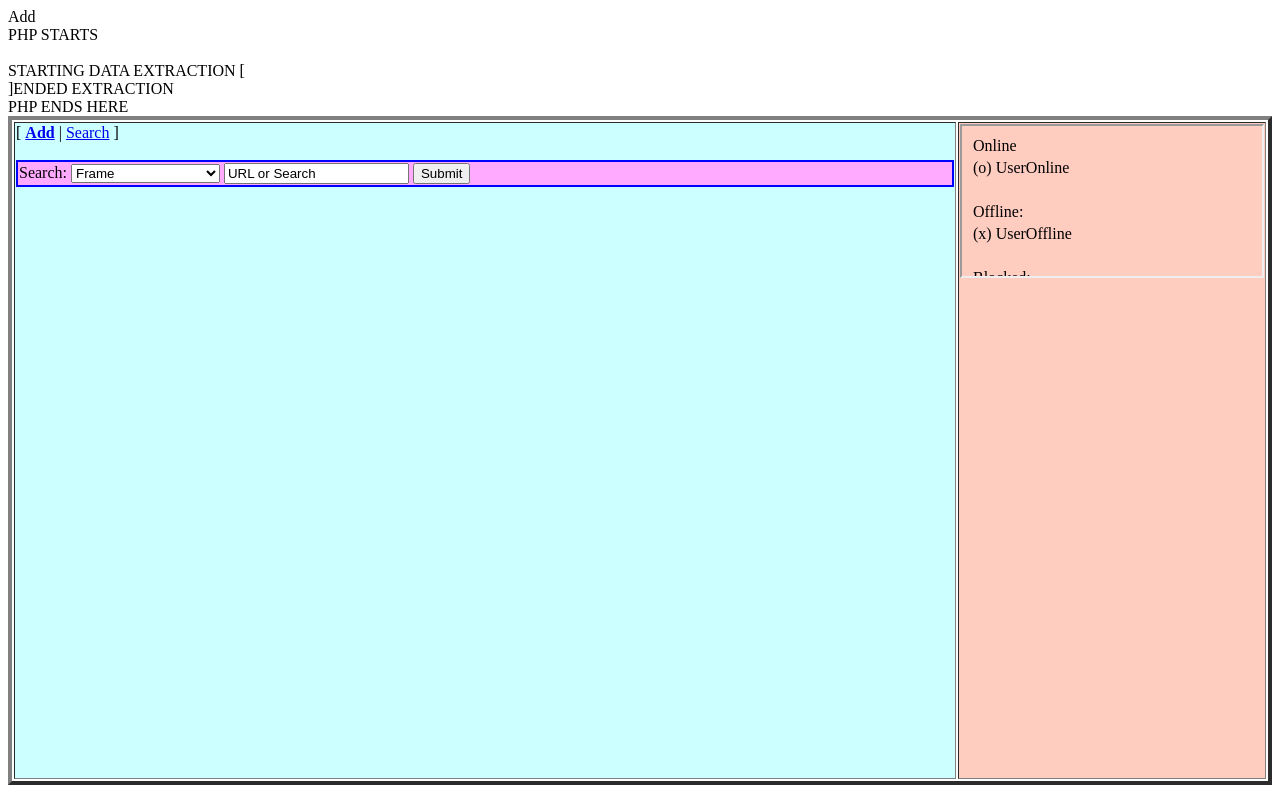
Repository: nevinleiby/SwapRC
Page: http://localhost/add_interface.php
The author's editor kept a copy of each file at every save. The page is drawn from the files as they stood at one save, then again after the next save.
The browser window is 1280 px wide. The pictures show the whole page.
The page is run by PHP 8.4 with error messages shown; the project is at /var/www/html/. Queries for data that is not in the repository find no rows.

Above is the page before, as saved 2019-09-09 01:22:52.

After the next save:
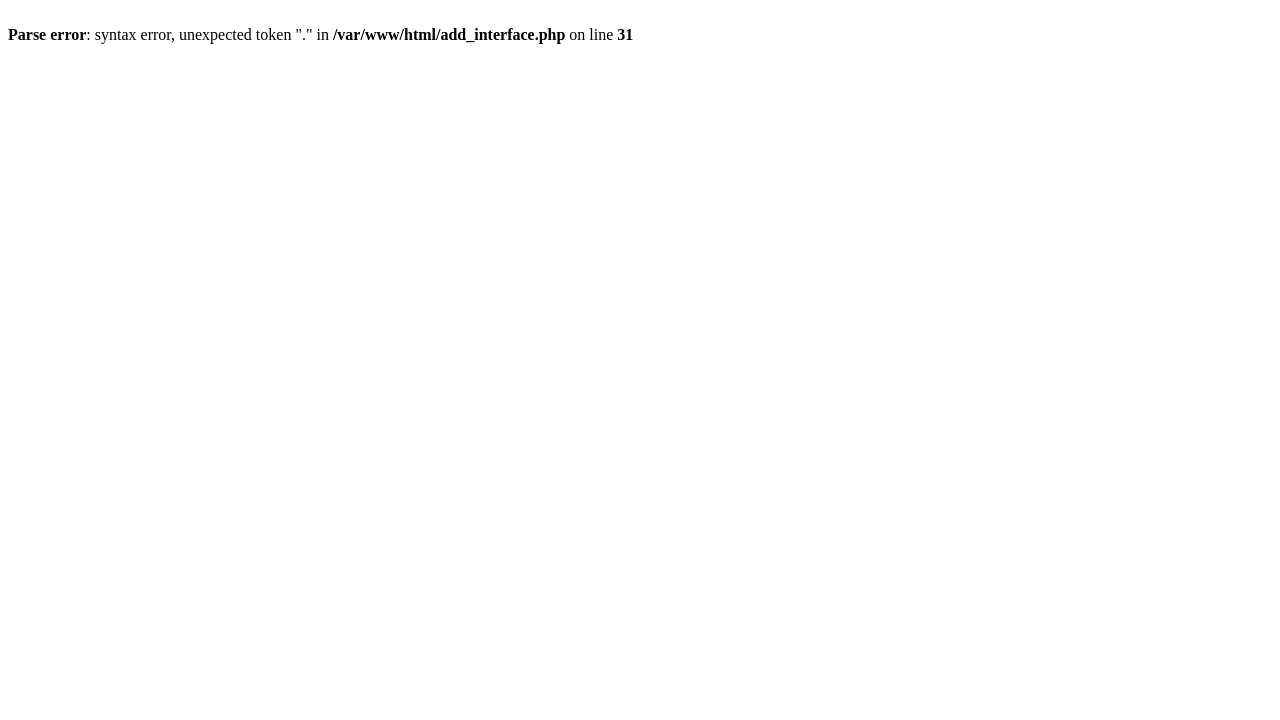
Saved 32 s later.
--- a/add_interface.php
+++ b/add_interface.php
@@ -28,7 +28,7 @@
                 {
                    $result->data_seek($j);
                     //echo .htmlspecialchars ($result->fetch_assoc()['test']) . '<br>';
-                    echo "((" . $result->fetch_assoc()['frequency'] . '))<br>';
+                    echo "((" . .htmlspecialchars($result->fetch_assoc()['frequency']) . '))<br>';
                     $result->data_seek($j);
                     echo "((" . $result->fetch_assoc()['number_of_channels'] . '))<br>';
                 }

After the save that followed:
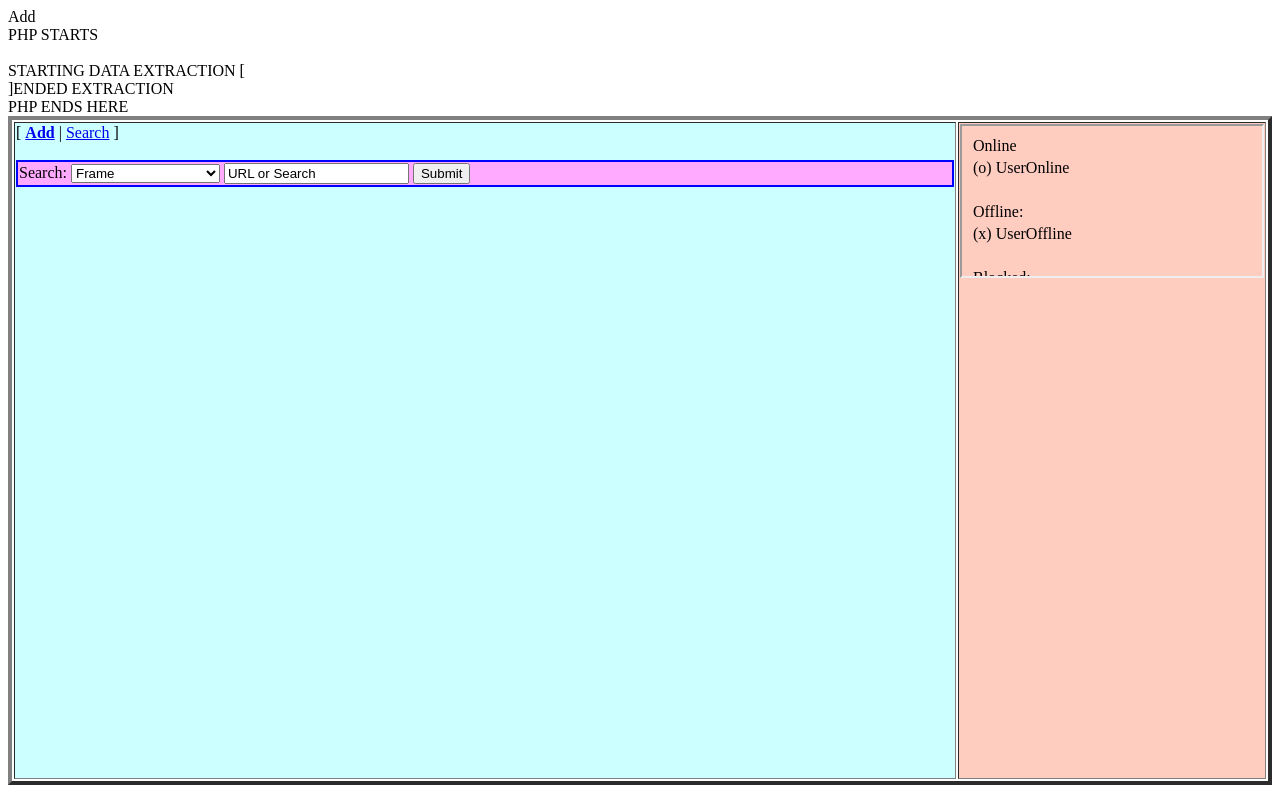
Saved 27 s later.
--- a/add_interface.php
+++ b/add_interface.php
@@ -28,7 +28,7 @@
                 {
                    $result->data_seek($j);
                     //echo .htmlspecialchars ($result->fetch_assoc()['test']) . '<br>';
-                    echo "((" . .htmlspecialchars($result->fetch_assoc()['frequency']) . '))<br>';
+                    echo "((" . htmlspecialchars($result->fetch_assoc()['frequency']) . '))<br>';
                     $result->data_seek($j);
                     echo "((" . $result->fetch_assoc()['number_of_channels'] . '))<br>';
                 }
